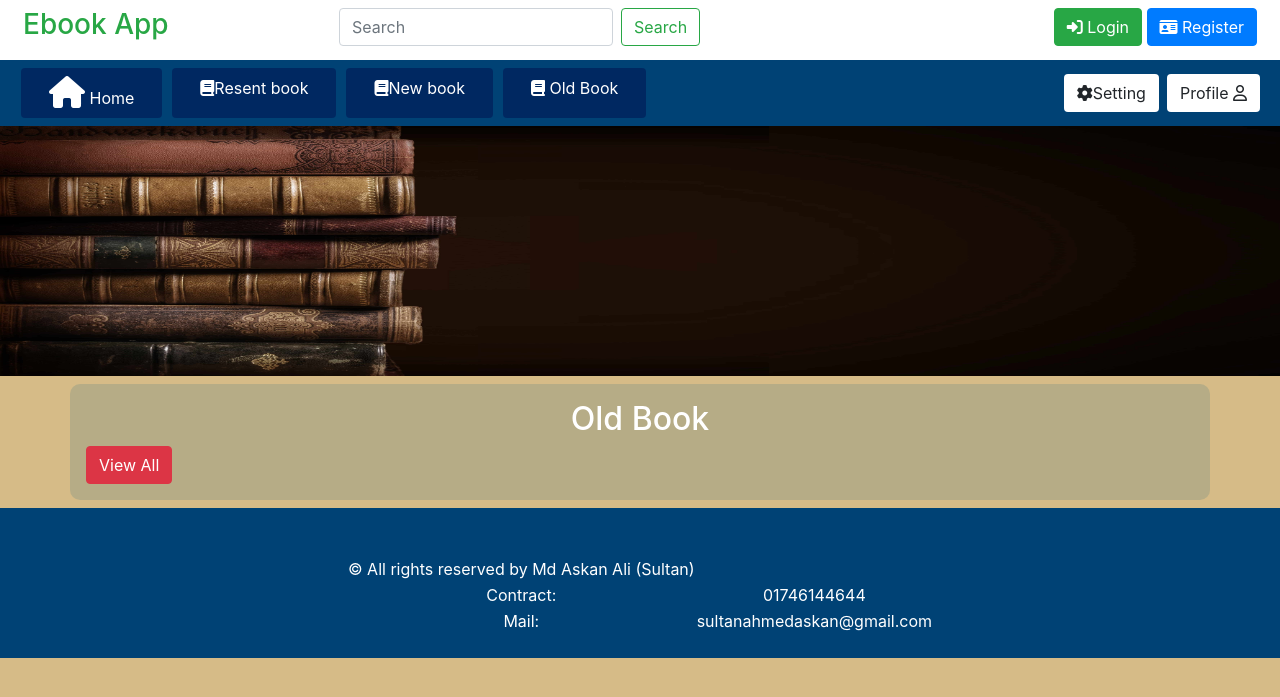
Repository: sultanaskan/EbookApp
Page: http://localhost/ebook/oldbook.jsp
The author's editor kept a copy of each file at every save. The page is drawn from the files as they stood at one save, then again after the next save.
The browser window is 1280 px wide. The pictures show the whole page.
The page is served by Tomcat 9. Other server files are loaded and not shown. Queries for data that is not in the repository find no rows.

Above is the page before, as saved 2024-05-06 07:20:29.

### ebook/src/main/webapp/oldbook.jsp
<%@page import="com.entity.Book"%>
<%@page import="java.util.List"%>
<%@page import="com.entity.Cart"%>
<%@page import="com.DAO.DBconn"%>
<%@ page language="java" contentType="text/html; charset=UTF-8"
	pageEncoding="UTF-8"%>



<!DOCTYPE html>
<html>
<head>
<meta charset="UTF-8">
<title>Old Book:</title>
<%@include file="components/allcss.jsp"%>


</head>
<body>
	<%@include file="components/navbar.jsp"%>
	<img style="height: 250px; width: 100%" alt="benner"
		src="components/img/ben.png">

	<!-- Old Book -->
		<div class="container my-2 p-3 resentbook">
		<h2 class="text-white text-center">Old Book</h2>
		<div class="row justify-content-center text-center">



			<%
			HttpSession se = request.getSession();
			user u = (user) se.getAttribute("logedin");
			System.out.println("User Loged User id: " + u);
			DAOImpl dao = new DAOImpl(conn);
			List<Book> ne = dao.getOldBook();

			for (Book b : ne) {
			%>
			<div class="col-lg-3 col-md-4 col-sm-6 my-2">
				<div class="card">
					<div class="card-body">
						<img class="gcardbook" alt="book" src="books/<%=b.getFile()%>">
						<p>
							Book Name:
							<%=b.getName()%>
							<br> Author Name:<%=b.getAuthor()%>
							<br> Categories:
							<%=b.getCat()%>
						</p>
						<div class="row text-center justify-content-center">
							<c:if test="${not empty logedin  }">
								<%
								Cart c = dao.chackCartByUB(b.getBid(), u.getUid());
								if (c != null) {
								%>
								<a class="disabled btn btn-danger btn-sm m-1">Add Card</a>

								<%
								} else if( c==null){
								%>

								<a
									href="addcartservlet?bid=<%=b.getBid()%>&uid=<%=u.getUid()%>&bname=<%=b.getName()%>&author=<%=b.getAuthor()%>&price=<%=b.getPrice()%>&address=<%=u.getAddress()%>&phone=<%=u.getPhone()%>&email=<%=b.getEmail()%>"
									class="btn btn-danger btn-sm m-1">Add Card</a>
								<%
								}
								%>
							</c:if>

							<c:if test="${empty logedin }">

								<a href="login.jsp" class=" btn btn-danger btn-sm m-1">Add
									Card</a>
							</c:if>
							<a href="viewdetails.jsp?bid=<%=b.getBid()%>
								class="btn btn-primary btn-sm m-1">View Details</a>
								<a
								class="btn btn-success btn-sm m-1"><%=b.getPrice() %></a>
						</div>
					</div>
				</div>
			</div>
			<%
			}
			%>



		</div>
		<a class="self-align-center  y-2 btn btn-danger">View All</a>
	</div>










	<%@include file="components/footer.jsp"%>
</body>
</html>

### ebook/src/main/webapp/components/allcss.jsp
<script
	src="https://cdn.jsdelivr.net/npm/jquery@3.5.1/dist/jquery.slim.min.js"></script>
<script
	src="https://cdn.jsdelivr.net/npm/popper.js@1.16.1/dist/umd/popper.min.js"></script>
<script
	src="D:/All projects/java web/EbookApp/src/main/webapp/components/bootstrap-4.6.2-dist/js/bootstrap.min.js"></script>

<link rel="stylesheet"
	href="https://cdn.jsdelivr.net/npm/bootstrap@4.6.2/dist/css/bootstrap.min.css">
<script
	src="https://cdn.jsdelivr.net/npm/bootstrap@4.6.2/dist/js/bootstrap.bundle.min.js"></script>
<link rel="stylesheet"
	href="https://cdnjs.cloudflare.com/ajax/libs/font-awesome/6.4.2/css/all.min.css" />

<link rel="stylesheet" href="components/style.css">

### ebook/src/main/webapp/components/navbar.jsp
<%@page import="java.sql.Connection"%>
<%@page import="com.db.Database"%>
<%@page import="com.entity.user"%>
<%@page import="com.DAO.DAOImpl"%>
<%@page import="com.DAO.DBconn"%>
<%@include file="jstl.jsp" %>


<% Connection conn =new Database().Dbconn(); %>


<div class="container-fluid bg-white  " style="min-height: 60px">
	<div class="row p-2">
		<div class="col-md-3">
			<h3 class="text-success float-left">Ebook App</h3>
		</div>
		<div class=" col-md-5">
			<form class="form-inline my-2 my-lg-0">
				<input class="form-control mr-sm-2" type="search"
					placeholder="Search" aria-label="Search">
				<button class="btn btn-outline-success my-2 my-sm-0" type="submit">Search</button>
			</form>
		</div>

		<c:if test="${not empty  logedin }">
			<div class="col-md-4  text-right">
				<a href="profile.jsp" class="btn btn-primary "><i
					class="fa-regular fa-user"></i> Profile</a>
				<button data-toggle="modal" data-target="#exampleModal"
					class="btn btn-danger ">
					<i class="fa-solid fa-right-from-bracket"></i> Logout
				</button>
			</div>
		</c:if>

		<c:if test="${empty logedin}">
			<div class="col-md-4  text-right">
				<a href="login.jsp" class="btn btn-success "><i
					class="fa-solid fa-right-to-bracket "></i> Login</a> <a
					href="register.jsp" class="btn btn-primary "><i
					class="fa-solid fa-id-card"></i> Register</a>
			</div>
		</c:if>


	</div>
</div>



<nav class="navbar navbar-expand-lg navbar-dark  sticky-top"
	style="background: #004275">
	<button class="navbar-toggler" type="button" data-toggle="collapse"
		data-target="#navbarSupportedContent"
		aria-controls="navbarSupportedContent" aria-expanded="false"
		aria-label="Toggle navigation">
		<span class="navbar-toggler-icon"></span>
	</button>
	<div class="row collapse navbar-collapse" id="navbarSupportedContent">
		<div class=" col-md-7 float-left ">
			<ul class="navbar-nav mr-auto">
				<li class="nav-item active"><a class="nav-link"
					href="index.jsp"> <i class="fa-solid fa-house fa-2x"></i> Home
				</a></li>
				<li class="nav-item active"><a class="nav-link"
					href="resentbook.jsp"> <i class="fa-solid fa-book"></i>Resent
						book
				</a></li>
				<li class="nav-item  active"><a class="nav-link"
					href="newbook.jsp"> <i class="fa-solid fa-book"></i>New book
				</a></li>
				<li class="nav-item active"><a class="nav-link "
					href="oldbook.jsp"> <i class="fa-solid fa-book"></i> Old Book
				</a></li>
			</ul>
		</div>

		<div class="col-md-5 ">
			<a class=" float-right btn bg-white mx-1" href="#">Profile <i
				class="fa-regular fa-user"></i>
			</a> <a href="setting.jsp" class=" float-right btn bg-white mx-1"
				href="#"><i class="fa-solid fa-gear"></i>Setting </a>




			<c:if test="${not empty logedin }">

				<%
				DAOImpl daoNav = new DAOImpl(conn);
				user uNav = (user) session.getAttribute("logedin");
				int uidNav = uNav.getUid();
				int totalCarts = daoNav.getCartsCountByUid(uidNav);
				System.out.println("total Carts is: " + totalCarts);
				%>

				<a href="cart.jsp" class="float-right  btn bg-white mx-1"
					href="#"> <i class="fa-solid fa-cart-arrow-down"></i> <sup
					style="font-size: 15px; width: 250px"
					class="bg-danger rounded text-white"> <%=totalCarts%>
				</sup>
				</a>
			</c:if>


		</div>

	</div>
</nav>





<!-- Modal -->
<div class="modal fade" id="exampleModal" tabindex="-1"
	aria-labelledby="exampleModalLabel" aria-hidden="true">
	<div class="modal-dialog">
		<div class="modal-content">
			<div class="modal-header">
				<h5 class="modal-title" id="exampleModalLabel">warning !</h5>
				<button type="button" class="close" data-dismiss="modal"
					aria-label="Close">
					<span aria-hidden="true">&times;</span>
				</button>
			</div>
			<div class="modal-body">Are you sure you want to logout?</div>
			<div class="modal-footer">
				<button type="button" class="btn btn-secondary" data-dismiss="modal">No</button>
				<a href="Logout" type="button" class="btn btn-primary">Yes</a>
			</div>
		</div>
	</div>
</div>

### ebook/src/main/webapp/components/jstl.jsp
<%@ taglib prefix = "c" uri = "http://java.sun.com/jsp/jstl/core" %>
<%@  page isELIgnored="false" %>

### ebook/src/main/webapp/components/footer.jsp
<div class="container-fluid  text-center " style="height:150px; background:#004275">
	<div class="row text-center text-white pt-5 justify-content-center">

		<table>
		<tr> <td>
		&copy All rights reserved by Md Askan Ali (Sultan)
		</td>
		</tr>
		<tr>
		<td>Contract: </td>
		<td>01746144644</td>
		</tr>
		<tr>
		<td>Mail: </td>
		<td>sultanahmedaskan@gmail.com</td>
		</tr>
		</table>
	</div>
</div>

### ebook/src/main/java/com/db/Database.java
package com.db;

import java.sql.Connection;
import java.sql.DriverManager;
import java.sql.SQLException;

public class Database{






	public Database() {
		super();
		// TODO Auto-generated constructor stub
	}

	public Connection Dbconn() {
		// TODO Auto-generated method stub
		Connection conn  = null;
		String url= "jdbc:mysql://localhost:3306/ebook";
		String user= "root";
		String password= "";

		try {
			Class.forName("com.mysql.cj.jdbc.Driver");
		} catch (ClassNotFoundException e) {
			// TODO Auto-generated catch block
			e.printStackTrace();
		}

		try {

			conn = DriverManager.getConnection(url,user, password);
		} catch (SQLException e) {
			// TODO Auto-generated catch block
			e.printStackTrace();
		}

		return conn;
	}


}

### ebook/src/main/java/com/DAO/DAO.java
package com.DAO;

import java.util.ArrayList;


import com.entity.*;
import java.util.List;

public abstract class DAO {
	public abstract boolean RegisterUser(user u);
	public abstract user getUserByEP(String E, String p);
	public abstract boolean addNewBook(Book b);
	public abstract boolean updateBook(Book b);
	public abstract List<Book> getAllBook();
	public abstract List<Book> getRsentBook();
	public abstract List<Book> getNewBook();
	public abstract List<Book> getOldBook();
	public abstract List<Cart> getCartsByU(int uid);
	public abstract Book getBookById(int id);
	public abstract boolean removeBookById(int id);
	public abstract boolean addCart(Cart c);
	public abstract Cart chackCartByUB(int bid, int uid);
	public abstract boolean RemoveCartbyId(int cid);
	public abstract double getTotalAmount(int uid);
	public abstract int getCartsCountByUid(int uid);
	public abstract boolean saveOrder(Order o);

}

### ebook/src/main/java/com/DAO/DAOImpl.java
package com.DAO;

import java.sql.Connection;
import java.sql.PreparedStatement;
import java.sql.ResultSet;
import java.util.ArrayList;
import java.util.List;

import com.entity.Book;
import com.entity.Cart;
import com.entity.Order;
import com.entity.user;

public class DAOImpl extends DAO {
	private Connection conn;

	public DAOImpl(Connection conn) {
		super();
		this.conn = conn;
	}

	@Override
	public boolean RegisterUser(user u) {
		boolean f = false;
		try {
			String sql = "insert into user(name, email, phone, password, address, city, state, zip) values(?,?,?,?,?,?,?,?)";
			PreparedStatement ps = conn.prepareStatement(sql);
			ps.setString(1, u.getName());
			ps.setString(2, u.getEmail());
			ps.setString(3, u.getPhone());
			ps.setString(4, u.getPassword());
			ps.setString(5, u.getAddress());
			ps.setString(6, u.getCity());
			ps.setString(7, u.getState());
			ps.setString(8, u.getZip());

			boolean r = ps.execute();

			if (r == false) {
				f = true;
			}

		} catch (Exception e) {
			e.printStackTrace();
		}
		return f;
	}

	@Override
	public user getUserByEP(String E, String P) {
		user u = null;
		try {
			String sql = "select * from `ebook`.user where email= ? and password = ?";
			PreparedStatement ps = conn.prepareStatement(sql);
			ps.setString(1, E);
			ps.setString(2, P);

			ResultSet re = ps.executeQuery();
			while (re.next()) {
				u = new user();
				u.setUid(re.getInt(1));
				u.setName(re.getString(2));
				u.setEmail(re.getString(3));
				u.setPhone(re.getString(4));
				u.setPassword(re.getString(5));
				u.setAddress(re.getString(6));
				u.setCity(re.getString(7));
				u.setState(re.getString(8));
				u.setState(re.getString(9));
				u.setPhoto(re.getString(10));
				u.setRole(re.getString(11));

			}

		} catch (Exception e) {
			e.printStackTrace();
		}

		return u;
	}

	@Override
	public boolean addNewBook(Book b) {
		boolean r = false;
		try {
			String sql = "insert into books(name, author, price, cat, status, photo, email) values(?,?,?,?,?,?,?)";
			PreparedStatement ps = conn.prepareStatement(sql);

			ps.setString(1, b.getName());
			ps.setString(2, b.getAuthor());
			ps.setDouble(3, b.getPrice());
			ps.setString(4, b.getCat());
			ps.setString(5, b.getStatus());
			ps.setString(6, b.getFile());
			ps.setString(7, b.getEmail());

			boolean f = ps.execute();
			if (f == false) {
				r = true;
			}

		} catch (Exception e) {
			e.printStackTrace();
		}

		return r;
	}

	@Override
	public boolean updateBook(Book b) {
		boolean r = false;
		try {
			String sql = "update  books set name =?, author=?, price=?, cat=?, status=? where bid = ?";
			PreparedStatement ps = conn.prepareStatement(sql);

			ps.setString(1, b.getName());
			ps.setString(2, b.getAuthor());
			ps.setDouble(3, b.getPrice());
			ps.setString(4, b.getCat());
			ps.setString(5, b.getStatus());
			ps.setInt(6, b.getBid());

			int f = ps.executeUpdate();
			if (f == 1) {
				r = true;
			}

		} catch (Exception e) {
			e.printStackTrace();
		}

		return r;
	}

	@Override
	public List<Book> getAllBook() {
		List<Book> list = new ArrayList<>();
		Book b = null;

		try {
			String sql = "select * from books";
			PreparedStatement bs = conn.prepareStatement(sql);

			ResultSet re = bs.executeQuery();
			while (re.next()) {
				b = new Book();
				b.setBid(re.getInt(1));
				b.setName(re.getString(2));
				b.setAuthor(re.getString(3));
				b.setPrice(re.getDouble(4));
				b.setCat(re.getString(5));
				b.setStatus(re.getString(6));
				b.setFile(re.getString(7));
				b.setEmail(re.getString(8));

				list.add(b);
			}

		} catch (Exception e) {
			e.printStackTrace();
		}

		return list;
	}

	@Override
	public Book getBookById(int id) {
		Book b = null;

		try {
			String sql = "select * from books Where bid= ?";
			PreparedStatement bs = conn.prepareStatement(sql);
			bs.setInt(1, id);

			ResultSet re = bs.executeQuery();

			while (re.next()) {
				b = new Book();
				b.setBid(re.getInt(1));
				b.setName(re.getString(2));
				b.setAuthor(re.getString(3));
				b.setPrice(re.getDouble(4));
				b.setCat(re.getString(5));
				b.setStatus(re.getString(6));
				b.setFile(re.getString(7));
				b.setEmail(re.getString(8));

			}

		} catch (Exception e) {
			e.printStackTrace();
		}

		return b;
	}

	@Override
	public List<Book> getRsentBook() {
		List<Book> list = new ArrayList<>();
		Book b = null;

		try {
			String sql = "select * from books where status=? order by bid desc";
			PreparedStatement ps = conn.prepareStatement(sql);
			ps.setString(1, "Active");

			ResultSet re = ps.executeQuery();
			while (re.next()) {
				b = new Book();
				b.setBid(re.getInt(1));
				b.setName(re.getString(2));
				b.setAuthor(re.getString(3));
				b.setPrice(re.getDouble(4));
				b.setCat(re.getString(5));
				b.setStatus(re.getString(6));
				b.setFile(re.getString(7));
				b.setEmail(re.getString(8));

				list.add(b);
			}

		} catch (Exception e) {
			e.printStackTrace();
		}

		return list;
	}

	@Override
	public List<Book> getNewBook() {
		List<Book> list = new ArrayList<>();
		Book b = null;

		try {
			String sql = "select * from books where status=? and cat=? ";
			PreparedStatement ps = conn.prepareStatement(sql);
			ps.setString(1, "Active");
			ps.setString(2, "New");

			ResultSet re = ps.executeQuery();
			while (re.next()) {
				b = new Book();
				b.setBid(re.getInt(1));
				b.setName(re.getString(2));
				b.setAuthor(re.getString(3));
				b.setPrice(re.getDouble(4));
				b.setCat(re.getString(5));
				b.setStatus(re.getString(6));
				b.setFile(re.getString(7));
				b.setEmail(re.getString(8));

				list.add(b);
			}

		} catch (Exception e) {
			e.printStackTrace();
		}

		return list;
	}

	@Override
	public List<Book> getOldBook() {
		List<Book> list = new ArrayList<>();
		Book b = null;

		try {
			String sql = "select * from books where status=? and cat=? ";
			PreparedStatement ps = conn.prepareStatement(sql);
			ps.setString(1, "Active");
			ps.setString(2, "Old");

			ResultSet re = ps.executeQuery();
			while (re.next()) {
				b = new Book();
				b.setBid(re.getInt(1));
				b.setName(re.getString(2));
				b.setAuthor(re.getString(3));
				b.setPrice(re.getDouble(4));
				b.setCat(re.getString(5));
				b.setStatus(re.getString(6));
				b.setFile(re.getString(7));
				b.setEmail(re.getString(8));

				list.add(b);
			}

		} catch (Exception e) {
			e.printStackTrace();
		}

		return list;
	}

	@Override
	public boolean removeBookById(int id) {
		boolean r = false;
		try {
			String sql = "delete from books where bid=?";
			PreparedStatement ps = conn.prepareStatement(sql);
			ps.setInt(1, id);

			int i = ps.executeUpdate();
			if (i == 1) {
				r = true;
			}

		} catch (Exception e) {
			e.printStackTrace();
		}

		return r;
	}

	@Override
	public boolean addCart(Cart c) {
		boolean r = false;
		try {
			String sql = "insert into carts(bid, uid, bookname,author, price, address, phone,email) values(?,?,?,?,?,?,?,?)";
			PreparedStatement ps = conn.prepareStatement(sql);
			ps.setInt(1, c.getBid());
			ps.setInt(2, c.getUid());
			ps.setString(3, c.getBname());
			ps.setString(4, c.getAuthor());
			ps.setDouble(5, c.getPrice());
			ps.setString(6, c.getAddress());
			ps.setString(7, c.getPhone());
			ps.setString(8, c.getEmail());

			boolean f = ps.execute();
			if (f == false) {
				r = true;
			}

		} catch (Exception e) {
			e.printStackTrace();
		}
		return r;
	}

	@Override
	public Cart chackCartByUB(int bid, int uid) {
		Cart c = null;
		try {
			String sql = "select * from carts where bid=? and uid=?";
			PreparedStatement ps = conn.prepareStatement(sql);
			ps.setInt(1, bid);
			ps.setInt(2, uid);

			ResultSet re = ps.executeQuery();
			boolean i = re.next();
			while (re.next()) {
				c = new Cart();
				c.setCid(re.getInt(1));
				c.setBid(re.getInt(2));
				c.setUid(re.getInt(3));
				c.setBname(re.getString(4));
				c.setPrice(re.getDouble(5));
				c.setAddress(re.getString(6));
				c.setPhone(re.getString(7));
				c.setEmail(re.getString(8));
			}

		} catch (Exception e) {
			e.printStackTrace();
			;
		}

		return c;
	}

	@Override
	public List<Cart> getCartsByU(int uid) {
		List<Cart> list = new ArrayList<>();
		Cart c = null;

		try {
			String sql = "select * from carts where uid=?";
			PreparedStatement ps = conn.prepareStatement(sql);
			ps.setInt(1, uid);

			ResultSet re = ps.executeQuery();
			while (re.next()) {
				c = new Cart();
				c.setCid(re.getInt(1));
				c.setBid(re.getInt(2));
				c.setUid(re.getInt(3));
				c.setBname(re.getString(4));
				c.setAuthor(re.getString(5));
				c.setPrice(re.getDouble(6));
				c.setAddress(re.getString(7));
				c.setPhone(re.getString(8));
				c.setEmail(re.getString(9));

				list.add(c);
			}

		} catch (Exception e) {
			e.printStackTrace();
		}

		return list;

	}

	@Override
	public boolean RemoveCartbyId(int cid) {
		boolean r = false;
		try {
			String sql = "delete from carts where cid=?";
			PreparedStatement ps = conn.prepareStatement(sql);
			ps.setInt(1, cid);

			int i = ps.executeUpdate();
			if (i == 1) {
				r = true;
			}

		} catch (Exception e) {
			e.printStackTrace();
		}
		return r;
	}

	@Override
	public double getTotalAmount(int uid) {
		double total = 00.0;
		try {
			String sql = "select * from carts where uid = ?";

			PreparedStatement ps = conn.prepareStatement(sql);
			ps.setInt(1, uid);
			ResultSet re = ps.executeQuery();

			while (re.next()) {
				total = total + re.getInt(6);
			}

		} catch (Exception e) {
			e.printStackTrace();
		}
		return total;
	}

	@Override
	public int getCartsCountByUid(int uid) {
		int cartsCount = 0;

		try {
			String sql = "select * from carts where uid = ?";

			PreparedStatement ps = conn.prepareStatement(sql);
			ps.setInt(1, uid);
			ResultSet re = ps.executeQuery();

			while (re.next()) {
				cartsCount++;
			}

		} catch (Exception e) {
			e.printStackTrace();
		}

		return cartsCount;
	}

	@Override
	public boolean saveOrder(Order o) {
		// TODO Auto-generated method stub
		boolean r = false;
		String sql = "insert into order values(o_id, c_id, b_id, s_id)";
		try {
			PreparedStatement ps = conn.prepareStatement(sql);
			ps.setInt(1, o.getO_id());
			ps.setInt(2, o.getC_id());
			ps.setInt(3, o.getB_id());
			ps.setInt(4, o.getS_id());
			r= ps.execute();


		} catch (Exception e) {
			// TODO: handle exception
			e.printStackTrace();
		}
		return false;
	}

}

### ebook/src/main/webapp/components/style.css

body{
	background-color:#D6BB87;
}
.gcardbook{
	height: 135px;
	width: 100px;
}
.resentbook{
	background-color: rgba(132, 151, 134,0.4);
	border-radius: 10px;
}

.newbook{
	background-color: rgba(148, 124, 145,0.4);
	border-radius: 10px;
}

.oldbook{
	background-color: rgba(155, 152, 130,.4);
	border-radius: 10px;
}
.card {
	background-color: rgba(255, 255, 223,0.3);
	transition: 1s ease-in-out ;
}
.card{
	background-color: white;
}

.navbar ul li{
	padding-left: 20px;
	padding-right: 20px;
	background-color: rgba(0, 0, 68, .4);
	border-radius: 4px;
	margin-right: 5px;
	margin-left: 5px;
}

.navbar ul li:hover {
	background-color:rgb(128, 0, 128);
	transition: .3s ease-in-out;
	color:rgb(0, 0, 64) !important;
	border-radius: 4px;

}

After the next save:
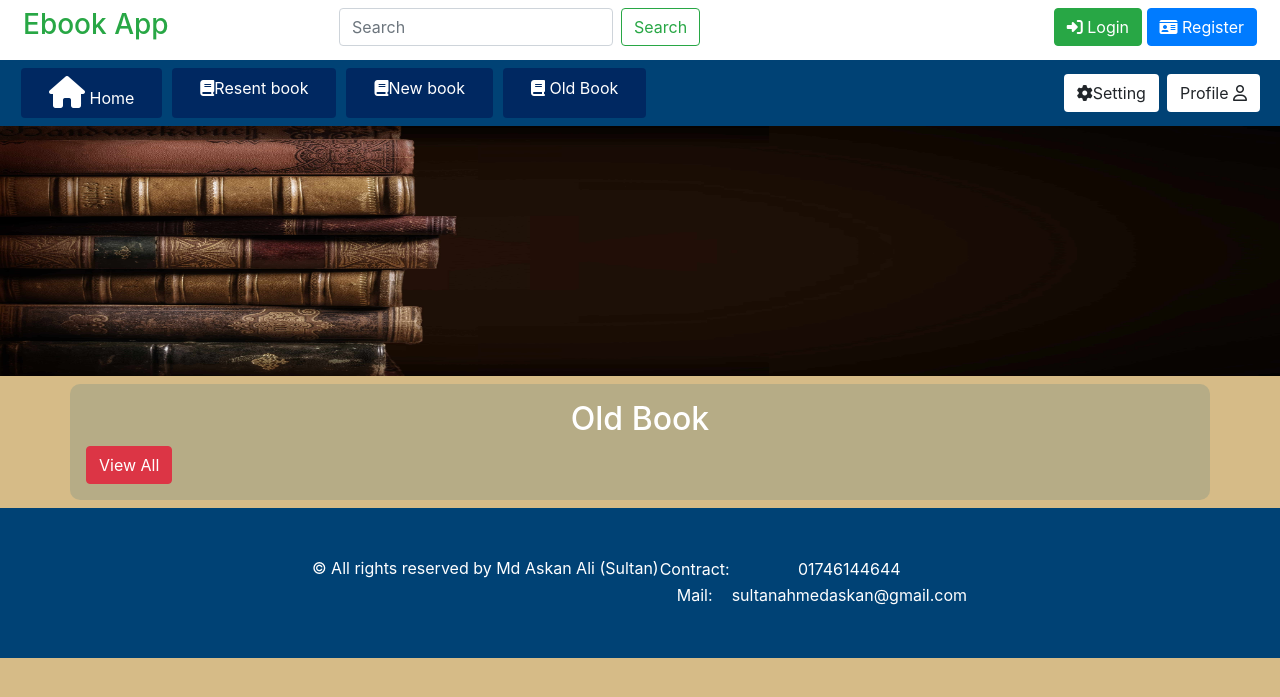
Saved 20 s later.
--- a/ebook/src/main/webapp/components/footer.jsp
+++ b/ebook/src/main/webapp/components/footer.jsp
@@ -1,11 +1,12 @@
 <div class="container-fluid  text-center " style="height:150px; background:#004275">
 	<div class="row text-center text-white pt-5 justify-content-center">
 
-		<table>
 		<tr> <td>
 		&copy All rights reserved by Md Askan Ali (Sultan)
 		</td>
 		</tr>
+		<table>
+
 		<tr>
 		<td>Contract: </td>
 		<td>01746144644</td>
